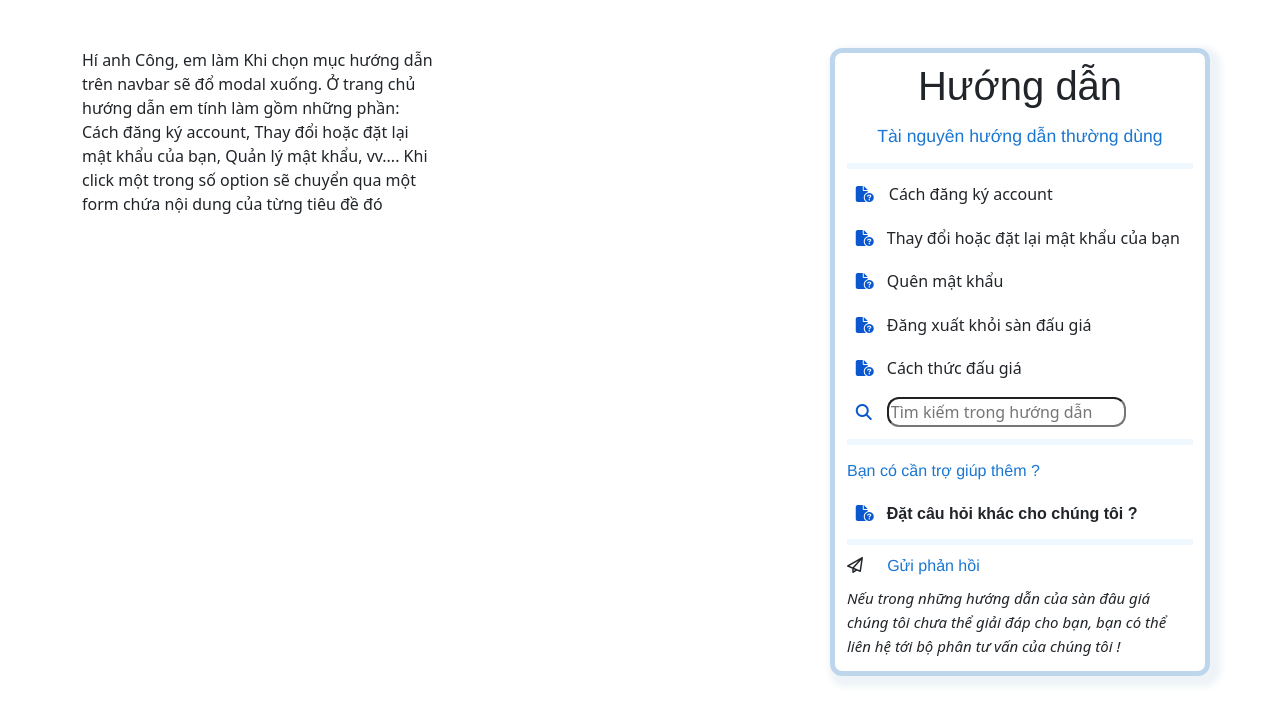
Repository: SonPhamThe/C0622G1-module5
Page: prototype--module6/guide/guide.html
These files come from the project's save history. The page is drawn as it stood at one moment and after the next save; the edit follows.
The browser window is 1280 px wide. The pictures show the whole page.
Some web libraries are served in a nearby version.

Above is the page before, as saved 2022-12-07 15:40:02.

### prototype--module6/guide/guide.html
<!DOCTYPE html>
<html lang="en">
  <head>
    <meta charset="UTF-8" />
    <meta
      name="viewport"
      content="width=device-width, user-scalable=no, initial-scale=1.0, maximum-scale=1.0, minimum-scale=1.0"
    />
    <meta http-equiv="X-UA-Compatible" content="ie=edge" />
    <title>Trang chủ hướng dẫn</title>
    <link rel="stylesheet" href="guide.css" />
    <link rel="icon" type="image/x-icon" href="favicon.ico" />

    <link
      rel="stylesheet"
      href="https://cdnjs.cloudflare.com/ajax/libs/font-awesome/6.2.1/css/all.min.css"
    />

    <link
      href="https://cdn.jsdelivr.net/npm/bootstrap@5.1.3/dist/css/bootstrap.min.css"
      rel="stylesheet"
      integrity="sha384-1BmE4kWBq78iYhFldvKuhfTAU6auU8tT94WrHftjDbrCEXSU1oBoqyl2QvZ6jIW3"
      crossorigin="anonymous"
    />
    <script
      src="https://cdn.jsdelivr.net/npm/bootstrap@5.1.3/dist/js/bootstrap.bundle.min.js"
      integrity="sha384-ka7Sk0Gln4gmtz2MlQnikT1wXgYsOg+OMhuP+IlRH9sENBO0LRn5q+8nbTov4+1p"
      crossorigin="anonymous"
    ></script>
    <link
      rel="stylesheet"
      href="https://cdnjs.cloudflare.com/ajax/libs/font-awesome/5.15.4/css/all.min.css"
    />
  </head>
  <body>
    <div class="container mb-5 mt-5">
      <div class="row">
        <div class="col-lg-4">
          Hí anh Công, em làm
          Khi chọn mục hướng dẫn trên navbar sẽ đổ modal xuống. Ở trang chủ hướng dẫn em tính làm gồm những phần:
      Cách đăng ký account,
      Thay đổi hoặc đặt lại mật khẩu của bạn,
      Quản lý mật khẩu, vv....
      Khi click một trong số option sẽ chuyển qua một form chứa nội dung của từng tiêu đề đó

        </div>
        <div class="col-lg-4"></div>
        <div class="boxed col-lg-4 shadow-md" style="height: 100% !important">
          <form>
            <div class="mt-1 text-center">
              <h1 style="font-family: sans-serif">Hướng dẫn</h1>
              <h6
                class="mb-2"
                style="
                  color: #1976d2;
                  font-family: Helvetica, serif;
                  font-size: 1.1rem;
                  font-weight: 500;
                  margin-left: 0px;
                  padding: 0.5rem;
                "
              >
                Tài nguyên hướng dẫn thường dùng
              </h6>
            </div>
            <div
              class="mb-2"
              style="height: 6px; background-color: aliceblue; width: 100%"
            ></div>
            <div class="mb-2">
              <i
                class="fa-solid fa-file-circle-question"
                style="width: 20px"
              ></i>
              <label>Cách đăng ký account</label>
            </div>
            <div class="mb-2">
              <i class="fa-solid fa-file-circle-question"></i>
              <label>Thay đổi hoặc đặt lại mật khẩu của bạn</label>
            </div>
            <div class="mb-2">
              <i class="fa-solid fa-file-circle-question"></i>
              <label>Quên mật khẩu</label>
            </div>
            <div class="mb-2">
              <i class="fa-solid fa-file-circle-question"></i>
              <label>Đăng xuất khỏi sàn đấu giá</label>
            </div>

            <div class="mb-2">
              <i class="fa-solid fa-file-circle-question"></i>
              <label>Cách thức đấu giá</label>
            </div>

            <div class="mb-2">
              <i class="fa-solid fa-magnifying-glass"></i>
              <input
                type="search"
                class="search"
                placeholder="Tìm kiếm trong hướng dẫn"
              />
            </div>
            <div
              class="mb-2"
              style="height: 6px; background-color: aliceblue; width: 100%"
            ></div>

            <div class="mb-2">
              <h6
                class="mt-3 mb-3"
                style="color: #1976d2; font-family: Helvetica"
              >
                Bạn có cần trợ giúp thêm ?
              </h6>
              <div class="mb-2">
                <i class="fa-solid fa-file-circle-question"></i>
                <label style="font-family: sans-serif"
                  ><strong>Đặt câu hỏi khác cho chúng tôi ?</strong></label
                >
              </div>
              <div
                class="mb-2"
                style="height: 6px; background-color: aliceblue; width: 100%"
              ></div>
              <div class="mb-2">
                <i class="fa-regular fa-paper-plane"></i>
                <label
                  style="
                    color: #1976d2;
                    font-family: Helvetica;
                    margin-left: 20px;
                  "
                >
                  Gửi phản hồi
                </label>
              </div>
            </div>
          </form>
          <div class="mb-2">
            <span style="font-size: 15px" class="fst-italic"
              >Nếu trong những hướng dẫn của sàn đâu giá chúng tôi chưa thể giải
              đáp cho bạn, bạn có thể liên hệ tới bộ phân tư vấn của chúng tôi
              !</span
            >
          </div>
        </div>

        <div class="col-lg-3"></div>
      </div>
    </div>
  </body>
  <script src="//ajax.googleapis.com/ajax/libs/jquery/1.9.1/jquery.min.js"></script>
  <script
    src="https://cdn.jsdelivr.net/npm/popper.js@1.12.9/dist/umd/popper.min.js"
    integrity="sha384-ApNbgh9B+Y1QKtv3Rn7W3mgPxhU9K/ScQsAP7hUibX39j7fakFPskvXusvfa0b4Q"
    crossorigin="anonymous"
  ></script>
</html>

### prototype--module6/guide/guide.css
.boxed {
  width: 400px;
  height: 550px;
}

.boxed {
  border: 5px solid;
  border-image-slice: 1;
  border-color: rgb(189, 214, 236);
  padding: 5px;
  border-radius: 12px;
  background-color: transparent;
  box-shadow: 5px 5px 7px 6px  rgb(238, 243, 247);
}

.search {
  border-radius: 12px;
}

.fa-solid {
  color: #0b57d0;
  height: 1.125rem;
  margin: 0.55rem;
  visibility: initial;
  width: 1.125rem;
}

After the next save:
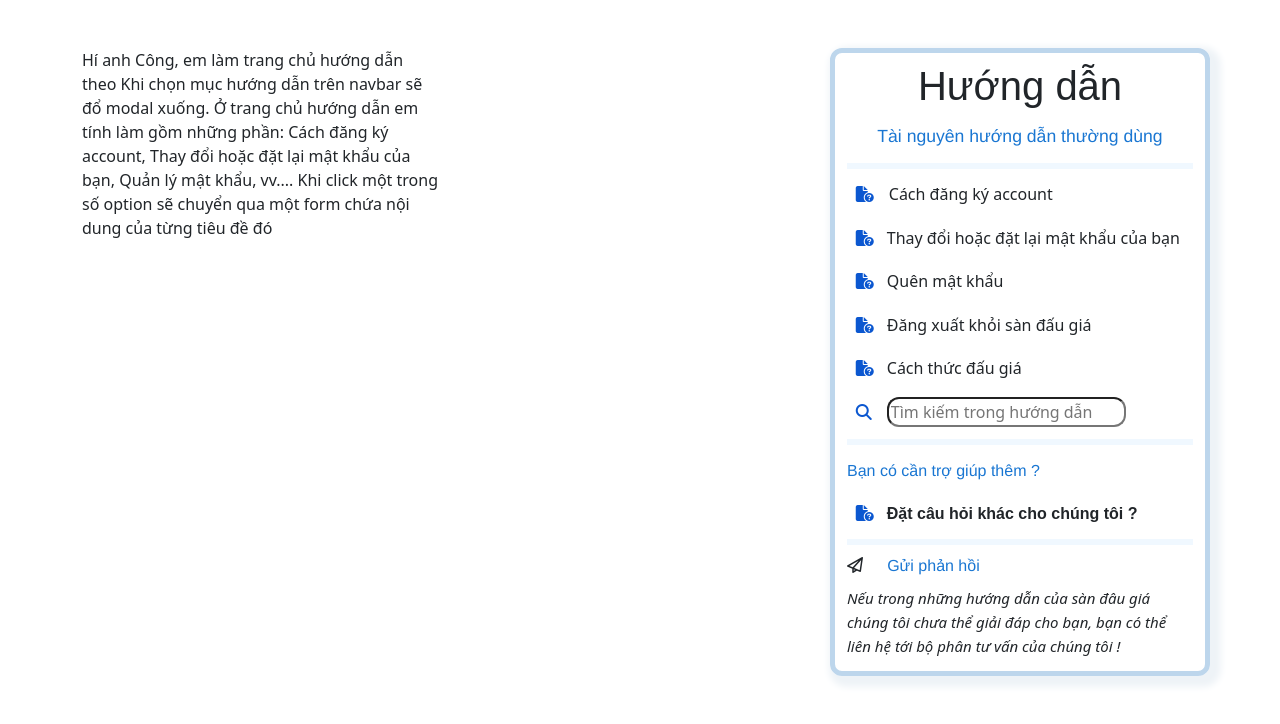
Saved 6 s later.
--- a/prototype--module6/guide/guide.html
+++ b/prototype--module6/guide/guide.html
@@ -36,7 +36,7 @@
     <div class="container mb-5 mt-5">
       <div class="row">
         <div class="col-lg-4">
-          Hí anh Công, em làm
+          Hí anh Công, em làm trang chủ hướng dẫn theo
           Khi chọn mục hướng dẫn trên navbar sẽ đổ modal xuống. Ở trang chủ hướng dẫn em tính làm gồm những phần:
       Cách đăng ký account,
       Thay đổi hoặc đặt lại mật khẩu của bạn,
